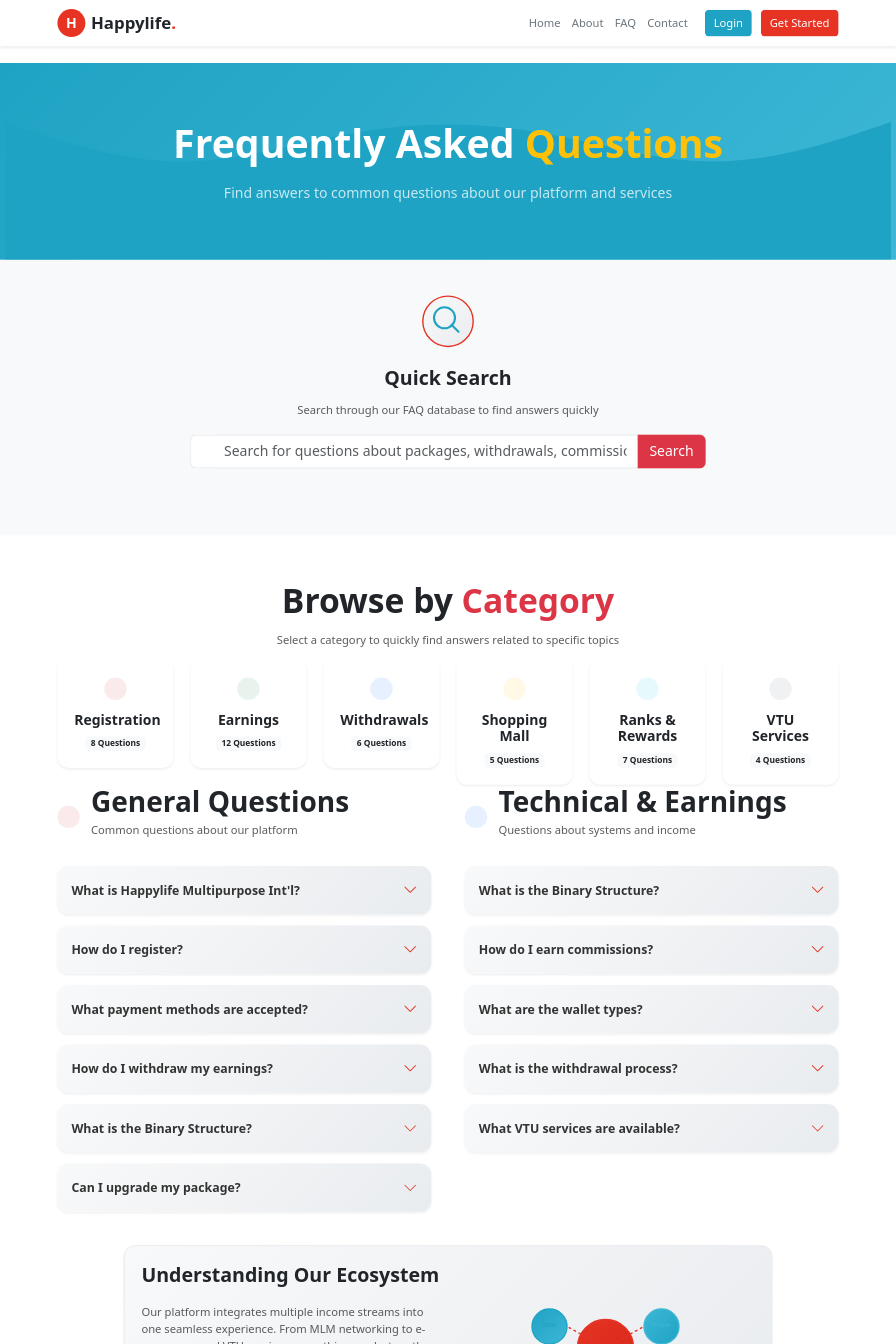
Repository: YackswebCode/happylife
Page: http://localhost/faq
These files come from the project's save history. The page is drawn as it stood at one moment and after the next save; the edit follows.
The browser window is 1280 px wide. The pictures show the part of the page from y = 0 to 1920 px (the page is 3817 px tall), at 70% of full size.
The page is served by the project's Laravel application, run on PHP 8.4 with Laravel 12. Other server files are loaded and not shown. Queries for data that is not in the repository find no rows.

Above is the page before, as saved 2026-03-15 20:59:12.

### app/Providers/AppServiceProvider.php
<?php

namespace App\Providers;

use Illuminate\Support\ServiceProvider;
use Illuminate\Support\Facades\Hash;
use Illuminate\Support\Facades\Validator;

class AppServiceProvider extends ServiceProvider
{
    /**
     * Register any application services.
     */
    public function register(): void
    {
        //
    }

    /**
     * Bootstrap any application services.
     */
    public function boot(): void
    {
        // Custom validation rule for current password with guard support
        Validator::extend('current_password', function ($attribute, $value, $parameters, $validator) {
            $guard = $parameters[0] ?? 'web';
            $user = auth()->guard($guard)->user();
            return $user && Hash::check($value, $user->password);
        }, 'The current password is incorrect.');
    }
}

### routes/admin.php
<?php

use Illuminate\Support\Facades\Route;
use App\Http\Controllers\Admin\Auth\LoginController;
use App\Http\Controllers\Admin\DashboardController;

Route::prefix('admin')->name('admin.')->group(function () {

    // Guest routes (not logged in as admin)
    Route::middleware('guest:admin')->group(function () {
        Route::get('/login', [LoginController::class, 'showLoginForm'])->name('login');
        Route::post('/login', [LoginController::class, 'login']);
    });

    // Authenticated admin routes
    Route::middleware('auth:admin')->group(function () {
        // Logout
        Route::post('/logout', [LoginController::class, 'logout'])->name('logout');

        // Dashboard
        Route::get('/dashboard', [DashboardController::class, 'index'])->name('dashboard');

        // ==================== User Management ====================
        Route::resource('users', App\Http\Controllers\Admin\UserController::class);
        Route::post('users/{user}/status/{status}', [App\Http\Controllers\Admin\UserController::class, 'toggleStatus'])->name('users.status');

        // ==================== Orders ====================
        Route::get('orders', [App\Http\Controllers\Admin\OrderController::class, 'index'])->name('orders.index');
        Route::get('orders/{order}', [App\Http\Controllers\Admin\OrderController::class, 'show'])->name('orders.show');

        // ==================== Products & Categories ====================
        Route::resource('products', App\Http\Controllers\Admin\ProductController::class);
        Route::resource('landing-products', App\Http\Controllers\Admin\LandingProductController::class);
        Route::resource('product-claims', App\Http\Controllers\Admin\ProductClaimController::class)->except(['create', 'store', 'destroy']);
        Route::resource('product-categories', App\Http\Controllers\Admin\ProductCategoryController::class);
        Route::resource('repurchase-products', App\Http\Controllers\Admin\RepurchaseProductController::class);

        // ==================== Packages & Ranks ====================
        Route::resource('packages', App\Http\Controllers\Admin\PackageController::class);
        Route::resource('ranks', App\Http\Controllers\Admin\RankController::class);

        // ==================== KYC & Withdrawals & Funding ====================
        Route::resource('kyc', App\Http\Controllers\Admin\KycController::class)->only(['index', 'show', 'update']);
        Route::resource('withdrawals', App\Http\Controllers\Admin\WithdrawalController::class)->only(['index', 'show', 'update']);
        Route::resource('funding-requests', App\Http\Controllers\Admin\FundingRequestController::class)->only(['index', 'show', 'update']);

        // ==================== Commissions ====================
        Route::resource('commissions', App\Http\Controllers\Admin\CommissionController::class)->only(['index', 'show']);

        // ==================== Announcements ====================
        Route::resource('announcements', App\Http\Controllers\Admin\AnnouncementController::class);

        // ==================== Locations ====================
        Route::resource('states', App\Http\Controllers\Admin\StateController::class);
        Route::resource('pickup-centers', App\Http\Controllers\Admin\PickupCenterController::class);

        // ==================== Payments ====================
        Route::resource('payments', App\Http\Controllers\Admin\PaymentController::class)->only(['index', 'show', 'update']);

        // ==================== Support ====================
        Route::resource('supports', App\Http\Controllers\Admin\SupportController::class);

        // ==================== Upgrades ====================
        Route::resource('upgrades', App\Http\Controllers\Admin\UpgradeController::class)->only(['index', 'show']);

        // ==================== Wallets & Transactions ====================
        Route::resource('wallets', App\Http\Controllers\Admin\WalletController::class)->only(['index', 'show']);
        Route::resource('wallet-transactions', App\Http\Controllers\Admin\WalletTransactionController::class)->only(['index', 'show']);

        // ==================== VTU Management ====================
        Route::prefix('vtu')->name('vtu.')->group(function () {
            Route::resource('providers', App\Http\Controllers\Admin\Vtu\ProviderController::class);
            Route::resource('plans', App\Http\Controllers\Admin\Vtu\PlanController::class);
            Route::resource('api-settings', App\Http\Controllers\Admin\Vtu\ApiSettingController::class);
            Route::resource('transactions', App\Http\Controllers\Admin\Vtu\TransactionController::class)->only(['index', 'show']);
        });

        Route::resource('admins', App\Http\Controllers\Admin\AdminController::class);
        Route::get('/profile', [App\Http\Controllers\Admin\ProfileController::class, 'edit'])->name('profile.edit');
Route::put('/profile', [App\Http\Controllers\Admin\ProfileController::class, 'update'])->name('profile.update');

Route::get('/settings', [App\Http\Controllers\Admin\SettingController::class, 'index'])->name('settings.index');
Route::post('/settings', [App\Http\Controllers\Admin\SettingController::class, 'update'])->name('settings.update');
    });

});

### app/Http/Controllers/LandingController.php
<?php

namespace App\Http\Controllers;

use App\Models\LandingProduct;

class LandingController extends Controller
{
    public function index()
    {
        $products = LandingProduct::where('is_active', 1)
            ->orderBy('order', 'asc')
            ->latest()
            ->limit(8)
            ->get();

        return view('landing.index', compact('products'));
    }

    public function about()
    {
        return view('landing.about');
    }

    public function contact()
    {
        return view('landing.contact');
    }

    public function faq()
    {
        $faqs = [
            [
                'question' => 'What is Happylife Multipurpose Int\'l?',
                'answer' => 'Happylife is a Hybrid MLM + E-Commerce + Reward + VTU Services platform where users can earn through multiple income streams including referrals, shopping bonuses, rank achievements, and VTU services.'
            ],
            [
                'question' => 'How do I register?',
                'answer' => 'You need a sponsor ID to register. Visit the registration page, fill in your details, select a package, and choose your preferred product.'
            ],
            [
                'question' => 'What payment methods are accepted?',
                'answer' => 'We accept bank transfers and online payment gateways.'
            ],
            [
                'question' => 'How do I withdraw my earnings?',
                'answer' => 'You can withdraw from your Commission Bonus Wallet, Rank Award Wallet, or Shopping Bonus Wallet. Minimum withdrawal is ₦2,000 per day.'
            ],
            [
                'question' => 'What is the Binary Structure?',
                'answer' => 'Our system uses a binary structure where each member can refer two direct downlines (left and right). Earnings are generated through pairing bonuses.'
            ],
            [
                'question' => 'Can I upgrade my package?',
                'answer' => 'Yes, you can upgrade your package at any time from your member dashboard.'
            ]
        ];

        return view('landing.faq', compact('faqs'));
    }
}

### resources/views/layouts/app.blade.php
<!DOCTYPE html>
<html lang="{{ str_replace('_', '-', app()->getLocale()) }}">
<head>
    <meta charset="utf-8">
    <meta name="viewport" content="width=device-width, initial-scale=1">
    <meta name="csrf-token" content="{{ csrf_token() }}">
    <title>@yield('title', 'Happylife Multipurpose Int\'l')</title>

    <!-- Fonts -->
    <link rel="preconnect" href="https://fonts.bunny.net">
    <link href="https://fonts.bunny.net/css?family=inter:400,500,600,700" rel="stylesheet" />

    <!-- Bootstrap CSS -->
    <link href="https://cdn.jsdelivr.net/npm/bootstrap@5.3.2/dist/css/bootstrap.min.css" rel="stylesheet">

    <style>
        :root {
            --color-red: #E63323;
            --color-teal-blue: #1FA3C4;
            --color-dark-gray: #333333;
            --color-light-gray: #E6E6E6;
            --color-soft-cyan: #3DB7D6;
        }

        .bg-red-happylife { background-color: var(--color-red); }
        .text-red-happylife { color: var(--color-red); }
        .border-red-happylife { border-color: var(--color-red); }

        .bg-teal-blue { background-color: var(--color-teal-blue); }
        .text-teal-blue { color: var(--color-teal-blue); }

        .bg-soft-cyan { background-color: var(--color-soft-cyan); }
    </style>
</head>
<body class="font-inter">

    <!-- Navigation -->
    <nav class="navbar navbar-expand-lg navbar-light bg-white shadow-sm sticky-top">
        <div class="container">
            <a class="navbar-brand d-flex align-items-center" href="{{ route('home') }}">
                <div class="bg-red-happylife rounded-circle d-flex justify-content-center align-items-center me-2" style="width:40px; height:40px;">
                    <span class="text-white fw-bold fs-5">H</span>
                </div>
                <span class="fs-4 fw-bold text-dark">Happylife<span class="text-red-happylife">.</span></span>
            </a>

            <button class="navbar-toggler" type="button" data-bs-toggle="collapse" data-bs-target="#navbarNav"
                aria-controls="navbarNav" aria-expanded="false" aria-label="Toggle navigation">
                <span class="navbar-toggler-icon"></span>
            </button>

            <div class="collapse navbar-collapse" id="navbarNav">
                <ul class="navbar-nav ms-auto mb-2 mb-lg-0 align-items-lg-center">
                    <li class="nav-item">
                        <a class="nav-link text-secondary" href="{{ route('home') }}">Home</a>
                    </li>
                    <li class="nav-item">
                        <a class="nav-link text-secondary" href="{{ route('about') }}">About</a>
                    </li>
                    <li class="nav-item">
                        <a class="nav-link text-secondary" href="{{ route('faq') }}">FAQ</a>
                    </li>
                    <li class="nav-item">
                        <a class="nav-link text-secondary" href="{{ route('contact') }}">Contact</a>
                    </li>
                    <li class="nav-item ms-lg-3">
                        <a class="btn bg-teal-blue text-white me-2" href="{{ route('login') }}">Login</a>
                        <a class="btn bg-red-happylife text-white" href="{{ route('register') }}">Get Started</a>
                    </li>
                </ul>
            </div>
        </div>
    </nav>

    <!-- Page Content -->
    <main class="py-4">
        @yield('content')
    </main>

    <!-- Footer -->
    <footer class="bg-dark text-white pt-5">
        <div class="container">
            <div class="row">
                <div class="col-md-3 mb-4">
                    <a href="{{ route('home') }}" class="d-flex align-items-center mb-3 text-decoration-none">
                        <div class="bg-red-happylife rounded-circle d-flex justify-content-center align-items-center me-2" style="width:40px; height:40px;">
                            <span class="text-white fw-bold fs-5">H</span>
                        </div>
                        <span class="fs-5 fw-bold text-white">Happylife<span class="text-red-happylife">.</span></span>
                    </a>
                    <p class="text-secondary small">Hybrid MLM + E-Commerce + Reward + VTU Services Platform</p>
                </div>

                <div class="col-md-3 mb-4">
                    <h5 class="fw-semibold mb-3">Quick Links</h5>
                    <ul class="list-unstyled">
                        <li><a class="text-secondary text-decoration-none d-block mb-1" href="{{ route('home') }}">Home</a></li>
                        <li><a class="text-secondary text-decoration-none d-block mb-1" href="{{ route('about') }}">About Us</a></li>
                        <li><a class="text-secondary text-decoration-none d-block mb-1" href="{{ route('faq') }}">FAQ</a></li>
                        <li><a class="text-secondary text-decoration-none d-block" href="{{ route('contact') }}">Contact</a></li>
                    </ul>
                </div>

                <div class="col-md-3 mb-4">
                    <h5 class="fw-semibold mb-3">Services</h5>
                    <ul class="list-unstyled text-secondary">
                        <li class="mb-1">MLM Network</li>
                        <li class="mb-1">E-Commerce Mall</li>
                        <li class="mb-1">Reward System</li>
                        <li class="mb-1">VTU Services</li>
                        <li>Rank Achievements</li>
                    </ul>
                </div>

                <div class="col-md-3 mb-4">
                    <h5 class="fw-semibold mb-3">Contact Info</h5>
                    <ul class="list-unstyled text-secondary">
                        <li class="mb-2 d-flex align-items-center">
                            <svg class="me-2" width="16" height="16" fill="currentColor" viewBox="0 0 20 20">
                                <path d="M2.003 5.884L10 9.882l7.997-3.998A2 2 0 0016 4H4a2 2 0 00-1.997 1.884z"/>
                                <path d="M18 8.118l-8 4-8-4V14a2 2 0 002 2h12a2 2 0 002-2V8.118z"/>
                            </svg>
                            info@happylife.com
                        </li>
                        <li class="d-flex align-items-center">
                            <svg class="me-2" width="16" height="16" fill="currentColor" viewBox="0 0 20 20">
                                <path d="M2 3a1 1 0 011-1h2.153a1 1 0 01.986.836l.74 4.435a1 1 0 01-.54 1.06l-1.548.773a11.037 11.037 0 006.105 6.105l.774-1.548a1 1 0 011.059-.54l4.435.74a1 1 0 01.836.986V17a1 1 0 01-1 1h-2C7.82 18 2 12.18 2 5V3z"/>
                            </svg>
                            +234 800 000 0000
                        </li>
                    </ul>
                </div>
            </div>

            <div class="border-top border-secondary mt-4 pt-3 text-center text-secondary small">
                &copy; {{ date('Y') }} Happylife Multipurpose Int'l. All rights reserved.
            </div>
        </div>
    </footer>

    <!-- Bootstrap JS -->
    <script src="https://cdn.jsdelivr.net/npm/bootstrap@5.3.2/dist/js/bootstrap.bundle.min.js"></script>

    @stack('scripts')
</body>
</html>

### app/Models/Setting.php
<?php

namespace App\Models;

use Illuminate\Database\Eloquent\Model;

class Setting extends Model
{
    protected $fillable = ['key', 'value', 'type'];
}

Loaded but not shown: app/Http/Controllers/Controller.php (common file); resources/views/landing/faq.blade.php (605 lines, source omitted); routes/web.php (171 lines, source omitted); routes/member.php (141 lines, source omitted)

After the next save:
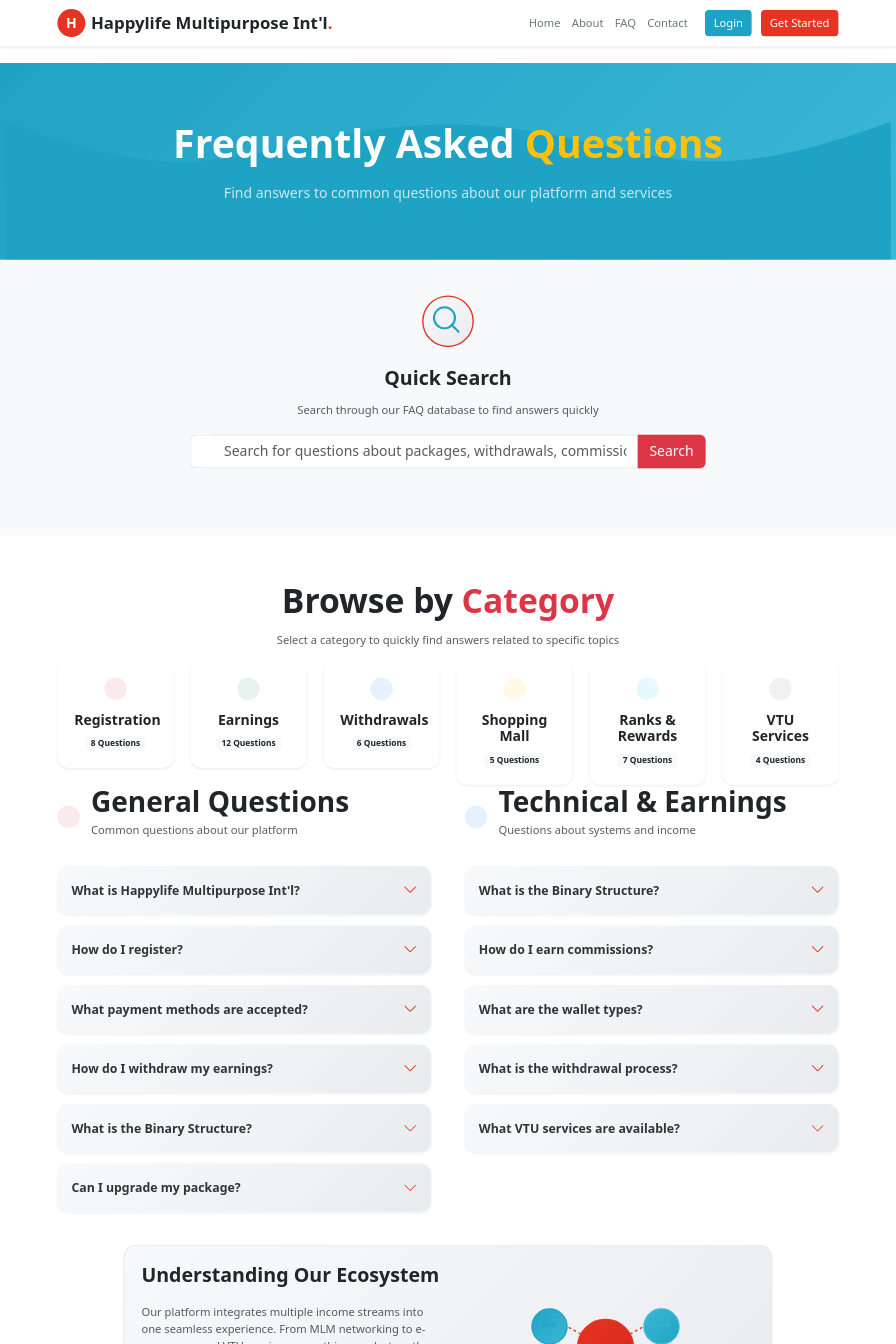
Saved 9 min 50 s later.
--- a/resources/views/layouts/app.blade.php
+++ b/resources/views/layouts/app.blade.php
@@ -4,7 +4,22 @@
     <meta charset="utf-8">
     <meta name="viewport" content="width=device-width, initial-scale=1">
     <meta name="csrf-token" content="{{ csrf_token() }}">
-    <title>@yield('title', 'Happylife Multipurpose Int\'l')</title>
+
+    @php
+        use App\Models\Setting;
+        $siteName = Setting::where('key', 'site_name')->value('value') ?? 'Happylife Multipurpose Int\'l';
+        $logo = Setting::where('key', 'logo')->value('value');
+        $favicon = Setting::where('key', 'favicon')->value('value');
+    @endphp
+
+    <title>@yield('title', $siteName)</title>
+
+    <!-- Favicon -->
+    @if($favicon)
+        <link rel="icon" type="image/x-icon" href="{{ asset('storage/'.$favicon) }}">
+    @else
+        <link rel="icon" type="image/x-icon" href="{{ asset('favicon.ico') }}">
+    @endif
 
     <!-- Fonts -->
     <link rel="preconnect" href="https://fonts.bunny.net">
@@ -38,10 +53,14 @@
     <nav class="navbar navbar-expand-lg navbar-light bg-white shadow-sm sticky-top">
         <div class="container">
             <a class="navbar-brand d-flex align-items-center" href="{{ route('home') }}">
-                <div class="bg-red-happylife rounded-circle d-flex justify-content-center align-items-center me-2" style="width:40px; height:40px;">
-                    <span class="text-white fw-bold fs-5">H</span>
-                </div>
-                <span class="fs-4 fw-bold text-dark">Happylife<span class="text-red-happylife">.</span></span>
+                @if($logo)
+                    <img src="{{ asset('storage/'.$logo) }}" alt="{{ $siteName }}" style="max-height: 40px;">
+                @else
+                    <div class="bg-red-happylife rounded-circle d-flex justify-content-center align-items-center me-2" style="width:40px; height:40px;">
+                        <span class="text-white fw-bold fs-5">H</span>
+                    </div>
+                    <span class="fs-4 fw-bold text-dark">{{ $siteName }}<span class="text-red-happylife">.</span></span>
+                @endif
             </a>
 
             <button class="navbar-toggler" type="button" data-bs-toggle="collapse" data-bs-target="#navbarNav"
@@ -83,10 +102,14 @@
             <div class="row">
                 <div class="col-md-3 mb-4">
                     <a href="{{ route('home') }}" class="d-flex align-items-center mb-3 text-decoration-none">
-                        <div class="bg-red-happylife rounded-circle d-flex justify-content-center align-items-center me-2" style="width:40px; height:40px;">
-                            <span class="text-white fw-bold fs-5">H</span>
-                        </div>
-                        <span class="fs-5 fw-bold text-white">Happylife<span class="text-red-happylife">.</span></span>
+                        @if($logo)
+                            <img src="{{ asset('storage/'.$logo) }}" alt="{{ $siteName }}" style="max-height: 40px; margin-right: 10px;">
+                        @else
+                            <div class="bg-red-happylife rounded-circle d-flex justify-content-center align-items-center me-2" style="width:40px; height:40px;">
+                                <span class="text-white fw-bold fs-5">H</span>
+                            </div>
+                            <span class="fs-5 fw-bold text-white">{{ $siteName }}<span class="text-red-happylife">.</span></span>
+                        @endif
                     </a>
                     <p class="text-secondary small">Hybrid MLM + E-Commerce + Reward + VTU Services Platform</p>
                 </div>
@@ -133,7 +156,7 @@
             </div>
 
             <div class="border-top border-secondary mt-4 pt-3 text-center text-secondary small">
-                &copy; {{ date('Y') }} Happylife Multipurpose Int'l. All rights reserved.
+                &copy; {{ date('Y') }} {{ $siteName }}. All rights reserved.
             </div>
         </div>
     </footer>
